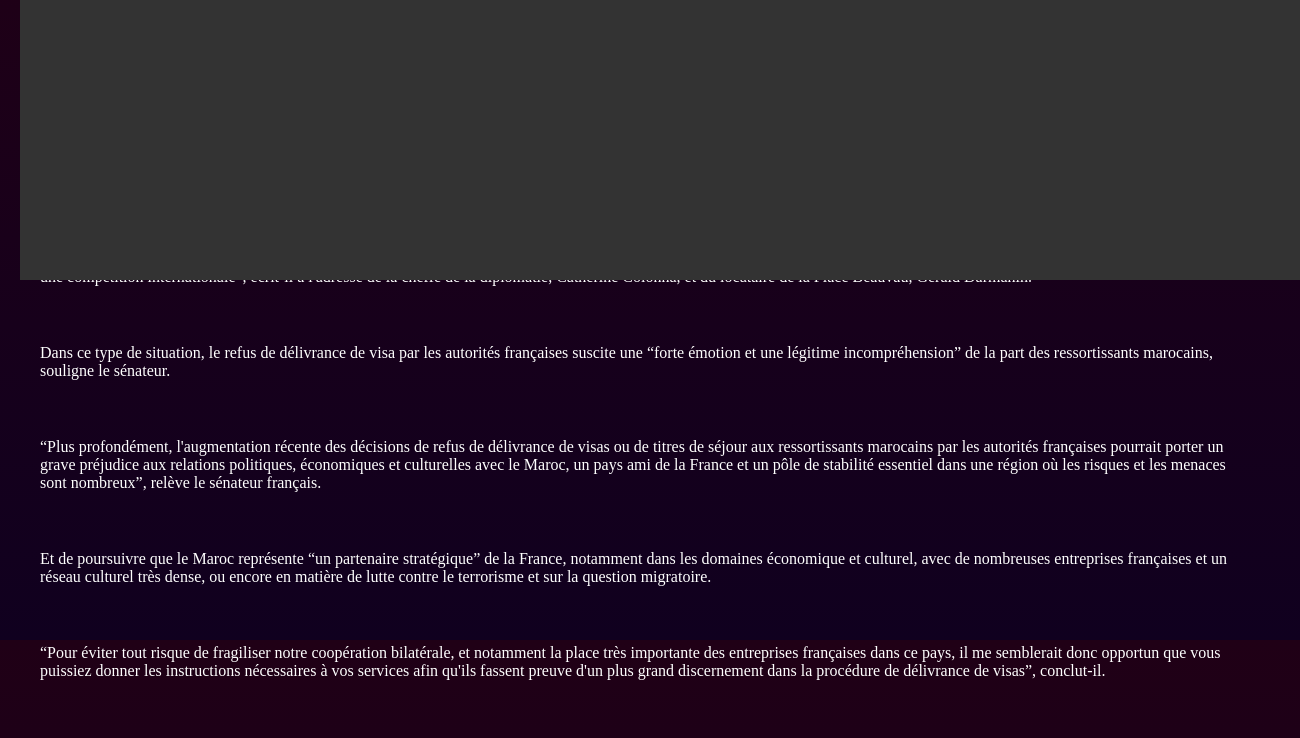
Repository: SD-Mdouka/site-n-b
Page: /
The author's editor kept a copy of each file at every save. The page is drawn from the files as they stood at one save, then again after the next save.
The browser window is 1280 px wide. The page is 1300 px wide, so the pictures cover 1300 px, including what lies to the right of the window. The pictures show the part of the page from y = 800 to 1538 px (the page is 1538 px tall).
The project was rebuilt for these pictures with package versions that can differ from the ones it lists, and the page was loaded fresh each time.

Above is the page before, as saved 2022-09-22 15:33:31.

### src/index.css
* {
    margin: 0;
    padding: 0;
}

body {
    background: linear-gradient(#200016, #10001f);
    height: 100vh;
}

### src/App.js
import React from "react";
import "./App.css";

function App() {
  return (
    <div className="">
      <header>
        <h2>
          <a href="#" className="logo">
            Shop
          </a>
        </h2>
        <ul>
          <li>
            <a href="#" className="active">
              Home
            </a>
          </li>
          <li>
            <a href="#">Product</a>
          </li>
          <li>
            <a href="#">Shop</a>
          </li>
          <li>
            <a href="#">About</a>
          </li>
          <li>
            <a href="#">Contact</a>
          </li>
        </ul>
      </header>
      <section className="main">
        <img src="./stars1.png" alt="stars1" id="stars1" />
        <h2 className="Shop">Shop</h2>
        <img src="./moon2.png" alt="moon2" id="moon2" />
        <img src="./mountains3.png" alt="mountains3" id="mountains3" />
        <img src="./mountains4.png" alt="mountains4" id="mountains4" />
        <img src="./river5.png" alt="river5" id="river5" />
        <img src="./boat6.png" alt="boat6" id="boat6" />
        <img src="./mountains7.png" alt="mountains3" id="mountains7" />
      </section>
      <div className="content">
        <h2>
          Le sénateur français, Christian Cambon, président de la Commission des
          affaires étrangères, de la défense et des forces armées au Sénat, a
          interpellé le gouvernement de son pays sur les “grandes difficultés”
          rencontrées par les ressortissants marocains en matière de délivrance
          de visas et leurs conséquences sur les relations franco-marocaines.
        </h2>
        <p>
          Dans des lettres aux ministres des Affaires étrangères et de
          l'Intérieur, M. Cambon, également président du groupe
          interparlementaire d'amitié France-Maroc du Sénat, affirme avoir été
          saisi, ces dernières semaines, comme nombre de ses collègues
          sénateurs, de plusieurs cas de refus de délivrance de visas pour des
          ressortissants marocains souhaitant se rendre en France.
        </p>
        <br />
        <p>
          “Cela alors que la demande semblait parfaitement légitime, comme par
          exemple un médecin souhaitant se rendre à un congrès international de
          médecine ou un sportif devant participer à une compétition
          internationale”, écrit-il à l'adresse de la cheffe de la diplomatie,
          Catherine Colonna, et du locataire de la Place Beauvau, Gérald
          Darmanin.
        </p>{" "}
        <br />
        <p>
          Dans ce type de situation, le refus de délivrance de visa par les
          autorités françaises suscite une “forte émotion et une légitime
          incompréhension” de la part des ressortissants marocains, souligne le
          sénateur.
        </p>{" "}
        <br />
        <p>
          “Plus profondément, l'augmentation récente des décisions de refus de
          délivrance de visas ou de titres de séjour aux ressortissants
          marocains par les autorités françaises pourrait porter un grave
          préjudice aux relations politiques, économiques et culturelles avec le
          Maroc, un pays ami de la France et un pôle de stabilité essentiel dans
          une région où les risques et les menaces sont nombreux”, relève le
          sénateur français.
        </p>{" "}
        <br />
        <p>
          Et de poursuivre que le Maroc représente “un partenaire stratégique”
          de la France, notamment dans les domaines économique et culturel, avec
          de nombreuses entreprises françaises et un réseau culturel très dense,
          ou encore en matière de lutte contre le terrorisme et sur la question
          migratoire.
        </p>{" "}
        <br />
        <p>
          “Pour éviter tout risque de fragiliser notre coopération bilatérale,
          et notamment la place très importante des entreprises françaises dans
          ce pays, il me semblerait donc opportun que vous puissiez donner les
          instructions nécessaires à vos services afin qu'ils fassent preuve
          d'un plus grand discernement dans la procédure de délivrance de
          visas”, conclut-il.
        </p>{" "}
        <br />
      </div>
    </div>
  );
}

export default App;

### src/App.css
a {
    text-decoration: none;
    color: #fff;
}

header {
    position: fixed;
    width: 95%;
    z-index: 100;
    display: flex;
    justify-content: space-between;
    align-items: center;
    margin: 30px;
}

header .logo {
    text-transform: uppercase;
    font-size: 30px;
}

header ul {
    display: flex;
    justify-content: center;
    align-items: center;
    list-style: none;
}

header ul li {
    margin-right: 30px;
}

header ul li a {
    padding: 6px 15px;
    border-radius: 20px;
    -webkit-border-radius: 20px;
    -moz-border-radius: 20px;
    -ms-border-radius: 20px;
    -o-border-radius: 20px;
}

header ul li a:hover,
.active {
    background-color: #fff;
    color: #333;
}

.main {
    position: relative;
    height: 100vh;
    width: 100%;
    display: flex;
    justify-content: center;
    align-items: center;
}

.content::before {
    position: absolute;
    content: "llll";
    height: 300px;
    width: 100%;
    background: #333;
    color: #fff;
}

.main img {
    position: absolute;
    width: 100%;
    height: 100vh;
    object-fit: cover;
}

#moon2 {
    mix-blend-mode: screen;
    transform: translateY(80px);
    -webkit-transform: translateY(80px);
    -moz-transform: translateY(80px);
    -ms-transform: translateY(80px);
    -o-transform: translateY(80px);
}

.Shop {
    color: #fff;
    font-size: 30px;
    text-transform: uppercase;
    transform: translateY(-150px);
    -webkit-transform: translateY(-150px);
    -moz-transform: translateY(-150px);
    -ms-transform: translateY(-150px);
    -o-transform: translateY(-150px);
}

.content {
    color: #fff;
    padding: 20px;
    margin-top: 40px;
}

.content h2 {
    margin: 20px;
    font-size: 30px;
}

.content p {
    margin: 20px;
}

Loaded but not shown: public/index.html (common file); src/index.js (common file); src/reportWebVitals.js (common file)

After the next save:
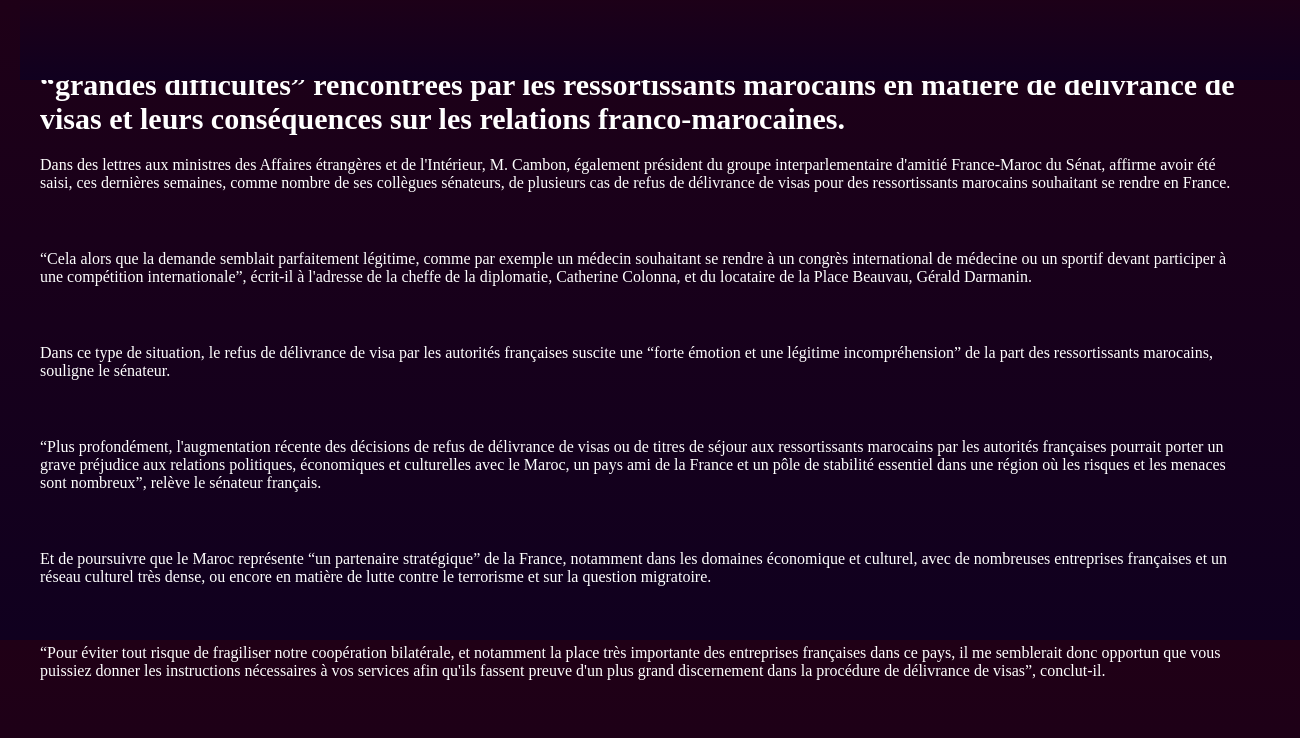
Saved 77 s later.
--- a/src/App.css
+++ b/src/App.css
@@ -56,9 +56,9 @@ header ul li a:hover,
 .content::before {
     position: absolute;
     content: "llll";
-    height: 300px;
+    height: 100px;
     width: 100%;
-    background: #333;
+    background: linear-gradient(#200016, #10001f);
     color: #fff;
 }
 
